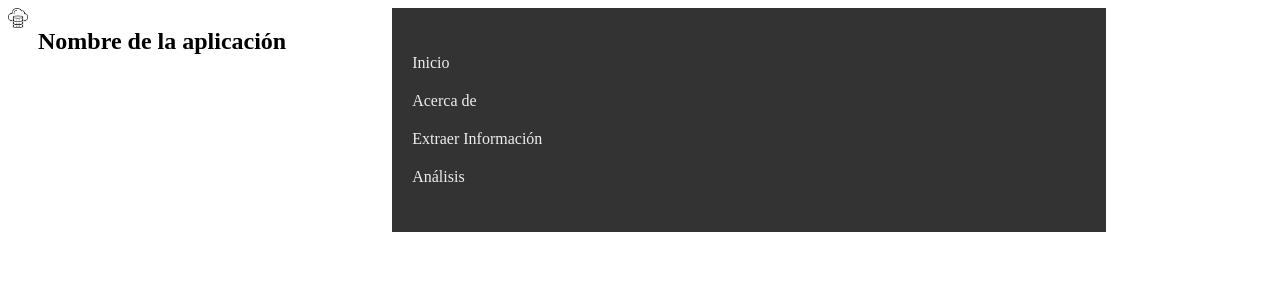
Repository: marcoBartolo55/data_analysis_app_-dev_project
Page: http://localhost/
An editor plug-in stored every save of this project. The page is shown before and after a run of saves, followed by the edit.
The browser window is 1280 px wide. The pictures show the whole page.
The page is served by the project's application, run on Flask 3 (app/app.py). Other server files are loaded and not shown.

Above is the page before, as saved 2025-10-19 22:41:41.

### templates/index.html
<!DOCTYPE html>
<html lang="en">

<head>
    <meta charset="UTF-8">
    <meta name="viewport" content="width=device-width, initial-scale=1.0">
    <link rel="stylesheet" href="/static/styles/index.css">
    <title>Inicio</title>
</head>

<body>
    <div class="container">
        <div class="logo-div">
            <img class="logo-img" src="../static/images/logo.png" alt="Logo">
        </div>
        <div class="title-div">
            <h2>Nombre de la aplicación</h2>
        </div>

        <div class="side-bar">
            <nav>
                <ul>
                    <li><a href="index.html">Inicio</a></li>
                    <li><a href="about.html">Acerca de</a></li>
                    <li><a href="data.html">Extraer Información</a></li>
                    <li><a href="chart.html">Análisis</a></li>
                </ul>
            </nav>
        </div>
        <div class="content-area">

        </div>
    </div>
</body>
</html>

### app/app.py
from flask.templating import render_template
from flask import Flask
import os

BASE_DIR = os.path.abspath(os.path.dirname(__file__))

app = Flask(__name__,
            template_folder=os.path.join(BASE_DIR, '../templates'),
            static_folder=os.path.join(BASE_DIR, '../static')
           )
@app.route('/')
def index():
    return render_template('index.html')

if __name__ == '__main__':
    app.run(debug=True)

### static/styles/index.css
.container{
    display: flex;
    flex-direction: row;
    flex-wrap: wrap;
    align-items: stretch;
}

.side-bar{
    flex-grow: 4;
    width: 250px;

    /* Evita que la barra se encoja si el contenido es muy grande */

    background-color: #333;
    color: white;
    padding: 20px;
}

/* Estilos simples para los enlaces del menú */
.side-bar nav ul {
    list-style: none;
    padding: 0;
}
.side-bar nav a {
    color: #eee;
    text-decoration: none;
    display: block;
    padding: 10px 0;
}
.side-bar nav a:hover {
    background-color: #555;
}

.logo-img{
    flex-grow: 0;
    width: 20px;
    height: auto;
}

.title-div{
    flex-grow: 1;
    margin-left: 10px;
}

.content-area{
    /* ¡Esta es la clave! */
    /* Le dice al contenido que ocupe todo el espacio restante */
    flex-grow: 1;

    padding: 30px;

    /* Añade scroll solo a esta área si el contenido es muy largo */
    overflow-y: auto;
}

After the next 5 saves:
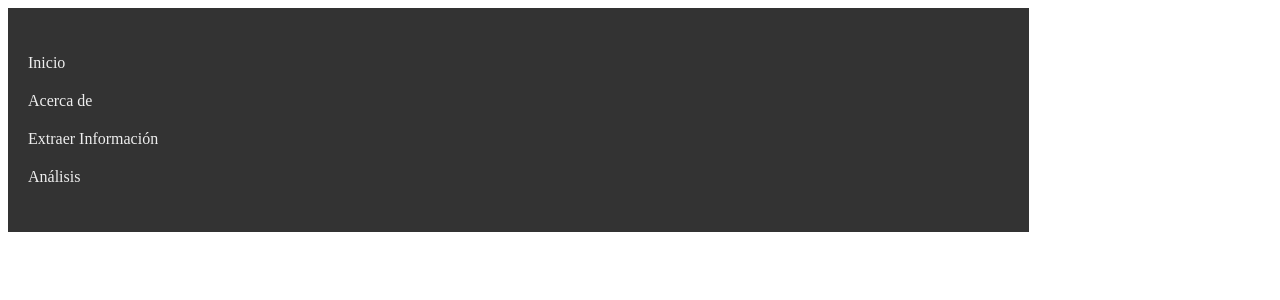
The 5 saves are shown as one change because they came seconds apart.
The last was saved 64 s later.
--- a/templates/index.html
+++ b/templates/index.html
@@ -10,14 +10,8 @@
 
 <body>
     <div class="container">
-        <div class="logo-div">
-            <img class="logo-img" src="../static/images/logo.png" alt="Logo">
-        </div>
-        <div class="title-div">
-            <h2>Nombre de la aplicación</h2>
-        </div>
+        <div class="side-bar">
 
-        <div class="side-bar">
             <nav>
                 <ul>
                     <li><a href="index.html">Inicio</a></li>
